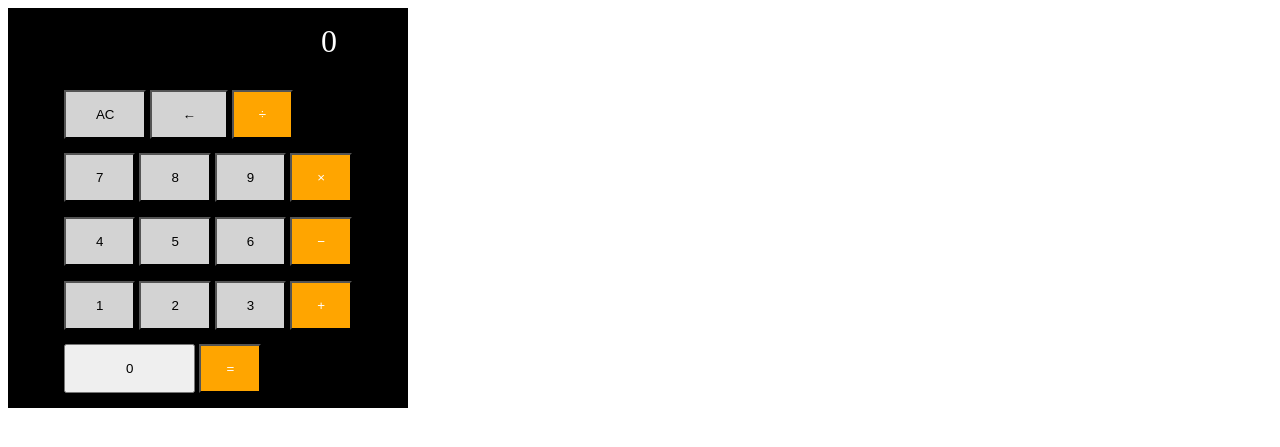
Repository: KaylaDamons/LAB-calculator
Page: index.html
The author's editor kept a copy of each file at every save. The page is drawn from the files as they stood at one save, then again after the next save.
The browser window is 1280 px wide. The pictures show the whole page.

Above is the page before, as saved 2024-01-13 19:50:53.

### index.html
<!DOCTYPE html>
<html lang="en">
<head>
  <meta charset="UTF-8">
  <meta name="viewport" content="width=device-width, initial-scale=1.0">
  <title>Calculator</title>

</head>
<body>
  <div class="wrapper">
    <div class="sumbar">
      0
    </div>
      <div class="clearbutton">
       <button class="button clear">AC</button>
       <button class="button delete">&#8592</button>
       <button class="symbol divide">&#247</button>
    </div>

    <div class="buttonrow1">
      <button class="button">7</button>
      <button class="button">8</button>
      <button class="button">9</button>
      <button class="symbol times">&#215</button>
    </div>

    <div class="buttonrow2">
      <button class="button">4</button>
      <button class="button">5</button>
      <button class="button">6</button>
      <button class="symbol minus">&#8722</button>
    </div>

    <div class="buttonrow3">
      <button class="button">1</button>
      <button class="button">2</button>
      <button class="button">3</button>
      <button class="symbol plus">&#43</button>
    </div>

    <div class="buttonrow4">
      <button class="buttonzero">0</button>
      <button class="symbol equals">&#61</button>
    </div>

  </div>




  <link rel="stylesheet" href="main.css">
</body>
<script src="main.js"></script>
</html>

### main.css

 .wrapper {
  display: grid;
  flex-wrap: wrap;
  flex-direction: row;
  background-color:black;
  justify-content: center;
  width: 400px;
  height: 400px;
 }


.sumbar {
 background-color:black;
 text-align: right;
 color:white;
 padding-inline-start: 0%;
 padding:15px;
 font-size: 32px;
}

.symbol {
  background-color: orange;
  padding-inline-start: 0%;
  color:white;
  padding:15px 25px;
}
.button {
  background-color:lightgray;
  padding-inline-start: 0%;
  padding:15px 30px;
}
.buttonzero {
  padding: 15px 60px;
}

### main.js
console.log("calculator");

After the next save:
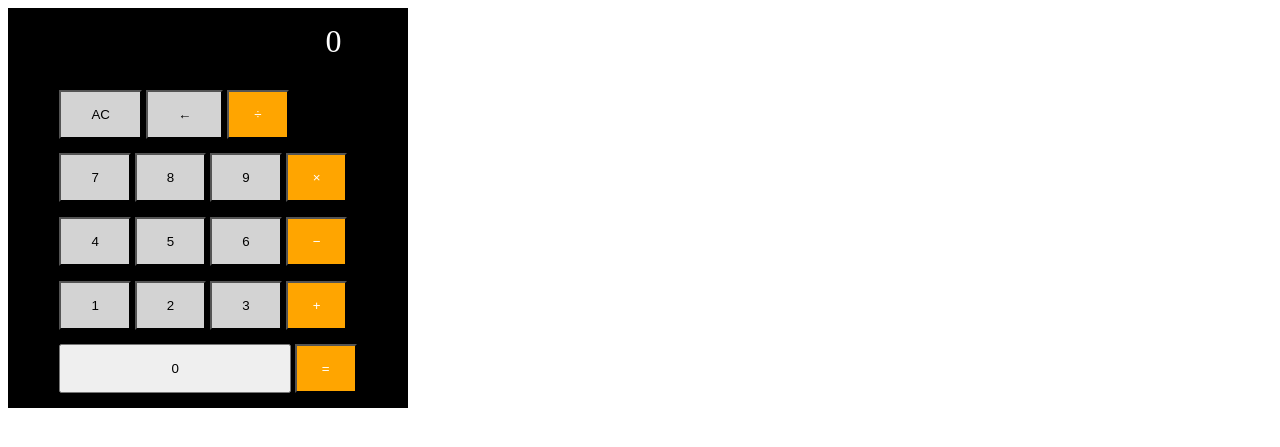
Saved 53 s later.
--- a/main.css
+++ b/main.css
@@ -31,5 +31,5 @@
   padding:15px 30px;
 }
 .buttonzero {
-  padding: 15px 60px;
+  padding: 15px 110px;
 }
